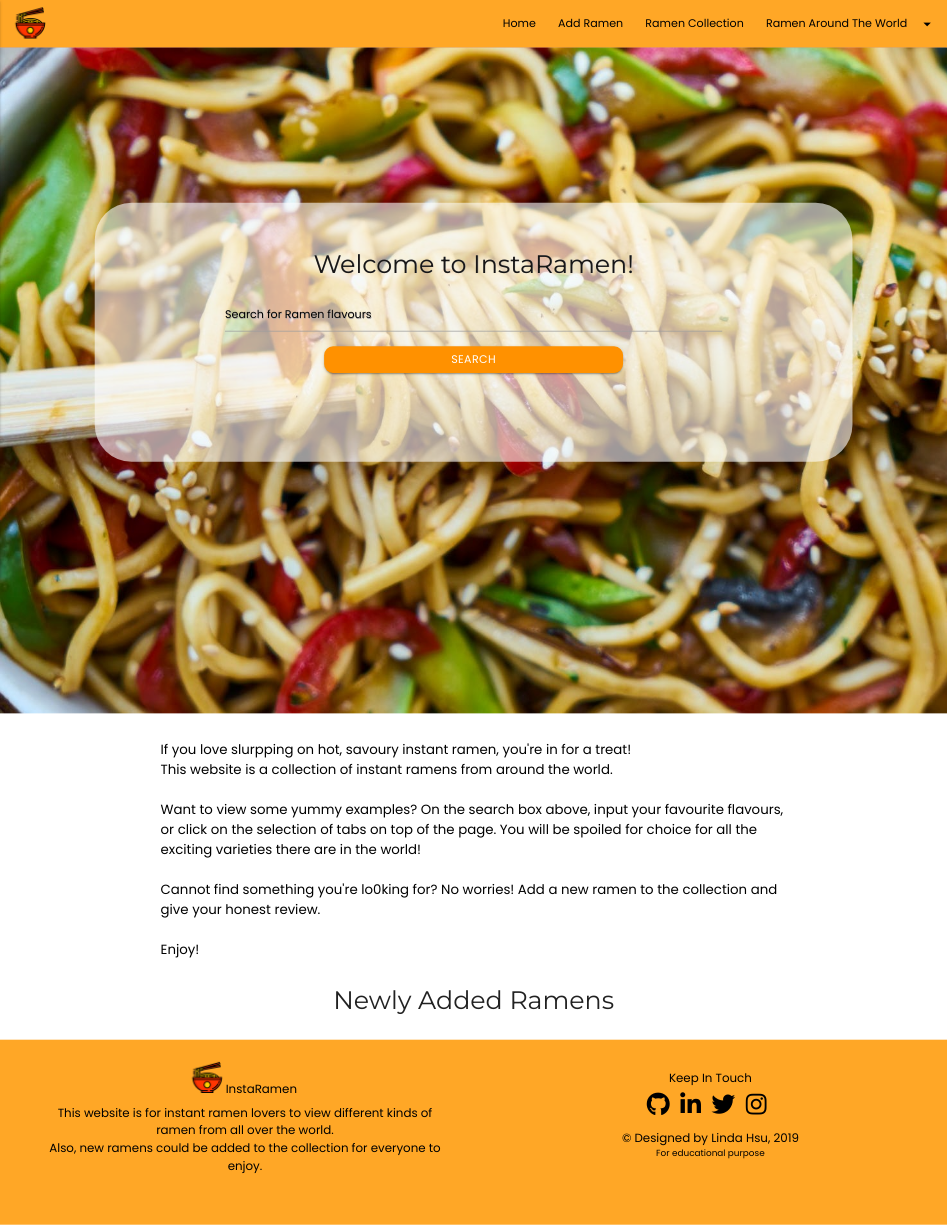
Repository: Paddlepop25/codeinstitute-insta-ramen
Page: http://localhost/
The author's editor kept a record of every edit. The page is drawn from the files as they stood at one moment, then again after the next edit.
The browser window is 1280 px wide. The pictures show the whole page, at 74% of full size.
Some web libraries are served in a nearby version. The page is served by the project's application, run on Flask 3 (app.py). Queries for data that is not in the repository find no rows.

Above is the page before.

After the next edit:
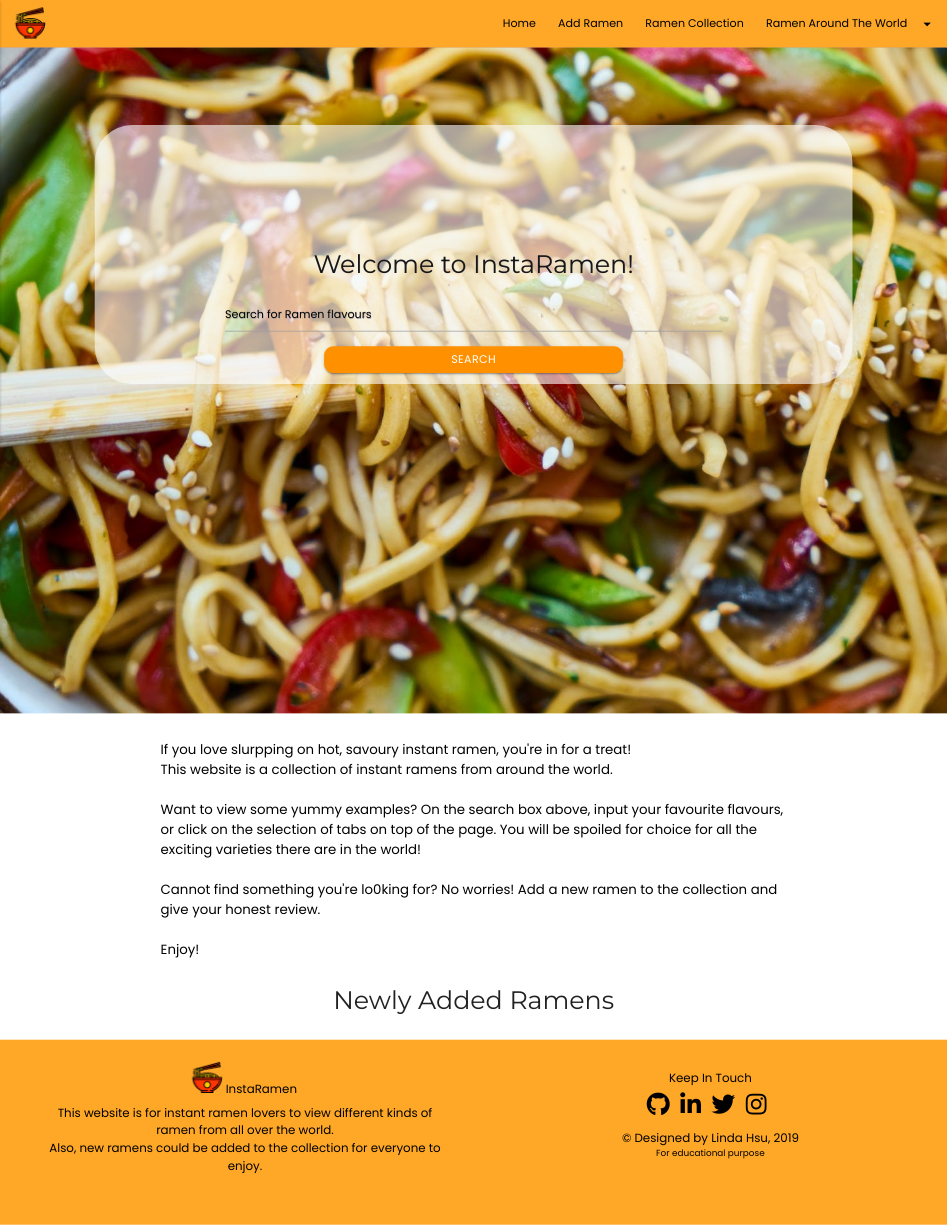
The edit:
--- a/static/styles/styles.css
+++ b/static/styles/styles.css
@@ -110,7 +110,7 @@
   width: 80%;
   border-radius: 50px;
   position: relative;
-  top: 14rem;
+  top: 7rem;
   margin: 0 auto;
 }
 
